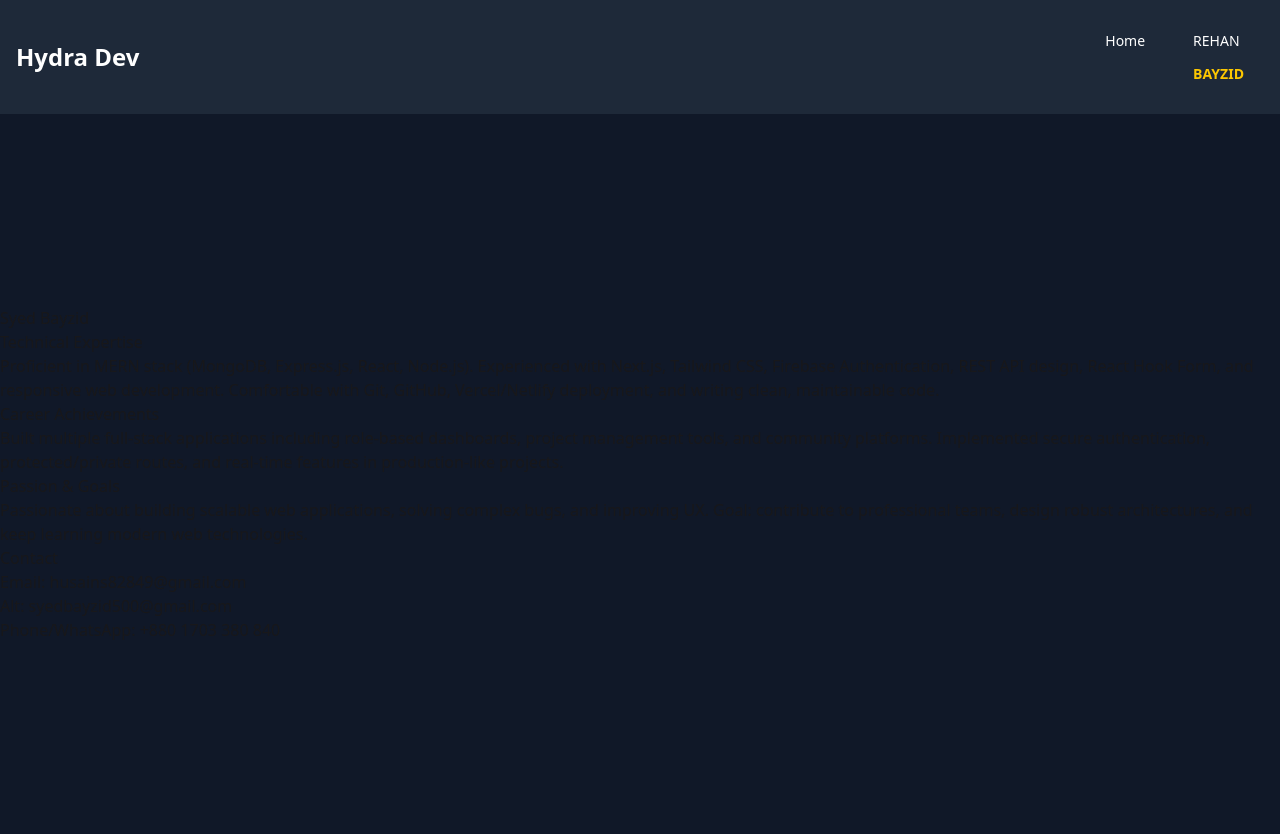
Repository: codeSmith-006/github-collab
Page: /bayzid
An editor plug-in stored every save of this project. The page is shown before and after a run of saves, followed by the edit.
The browser window is 1280 px wide. The pictures show the whole page.
The project was rebuilt for these pictures with package versions that can differ from the ones it lists, and the page was loaded fresh each time. Also part of the build but not shown: vite.config.js, src/App.jsx, src/Components/Navbar/active.css, src/Page/Home/Home.jsx, src/Page/Rehan/Rehan.jsx.

Above is the page before, as saved 2025-09-10 10:33:48.

### src/main.jsx
import { StrictMode } from "react";
import { createRoot } from "react-dom/client";
import "./index.css";
import App from "./App.jsx";
// import { RouterProvider } from "react-router";
import router from "./Routes/Router.jsx";
import { RouterProvider } from "react-router-dom";

createRoot(document.getElementById("root")).render(
  <StrictMode>
    <RouterProvider router={router} />
  </StrictMode>
);

### src/Routes/Router.jsx
import { Component } from "react";
// import { createBrowserRouter } from "react-router";
// import Home from "../Page/Home/Home";
import { createBrowserRouter } from "react-router-dom";
import Layout from "../Layout/Layout";
import Home from "../Page/Home/Home";
import Rehan from "../Page/Rehan/Rehan";
import Bayzid from "../Page/Bayzid/Bayzid";

let router = createBrowserRouter([
  {
    path: "/",
    Component: Layout,
    children: [
      {
        index: true,
        Component: Home,
      },
      {
        path: '/rehan',
        Component: Rehan
      },
      {
        path: '/bayzid',
        Component: Bayzid
      }
    ],
  },
]);

export default router;

### src/Layout/Layout.jsx
import React from "react";
import Navbar from "../Components/Navbar/Navbar";
import { Outlet } from "react-router-dom";

export default function Layout() {
  return (
    <div className="bg-gray-900">
      <Navbar></Navbar>
      <div className="flex items-center justify-center min-h-screen">
        <Outlet></Outlet>
      </div>
    </div>
  );
}

### src/Page/Bayzid/Bayzid.jsx
import React from 'react'

export default function Bayzid() {
    return (

        <section>
            <div>
                <h2>Syed Bayzid</h2>
            </div>
            <div>
                <h4>Technical Expertise</h4>
                <p>Proficient in MERN stack (MongoDB, Express.js, React, Node.js). Experienced with Next.js, Tailwind CSS, Firebase Authentication, REST API design, React Hook Form, and responsive web development. Comfortable with Git, GitHub, Vercel/Netlify deployment, and writing clean, maintainable code.</p>
            </div>
            <div>
                <h4>Career Achievements</h4>
                <p>Built multiple full-stack applications including role-based dashboards, project management tools, and community platforms. Implemented secure authentication, protected/private routes, and real-time features in production-like projects.</p>
            </div>
            <div>
                <h4>Passion & Goals</h4>
                <p>Passionate about building scalable web applications, solving complex bugs, and improving UX. Goal: contribute to professional teams, design robust architectures, and keep learning modern web technologies.</p>
            </div>
            <div>
                <h4>Contact</h4>
                <p>Email: husains82849@gmail.com</p>
                <p>Alt: syedbayzid500@gmail.com</p>
                <p>Phone/WhatsApp: +880 1703 380 840</p>
            </div>
        </section>

//         <div className="p-6 bg-gray-900 text-gray-100 font-mono rounded-lg space-y-4 whitespace-pre-wrap break-words">
//             {`


// ➤ Technical Expertise:
// Proficient in MERN stack (MongoDB, Express.js, React, Node.js). Experienced with Next.js, Tailwind CSS, Firebase Authentication, REST API design, React Hook Form, and responsive web development. Comfortable with Git, GitHub, Vercel/Netlify deployment, and writing clean, maintainable code.


// ★ Career Achievements:
// Built multiple full-stack applications including role-based dashboards, project management tools, and community platforms. Implemented secure authentication, protected/private routes, and real-time features in production-like projects.


// ✔ Passion & Goals:
// Passionate about building scalable web applications, solving complex bugs, and improving UX. Goal: contribute to professional teams, design robust architectures, and keep learning modern web technologies.


// ✉ Contact:
// Email: husains82849@gmail.com
// Alt: syedbayzid500@gmail.com
// Phone/WhatsApp: +880 1703 380 840`}
//         </div>
    )
}

### src/Components/Navbar/Navbar.jsx
import React from "react";
import { NavLink } from "react-router-dom";
import "./active.css"; // optional for custom styles

export default function Navbar() {
  return (
    <nav className="navbar bg-gray-800 text-white p-4 flex justify-between items-center">
      {/* Logo */}
      <div className="logo text-2xl font-bold">
        Hydra Dev
      </div>

      {/* Menu */}
      <ul className="menu flex flex-row gap-6">
        <li>
          <NavLink
            to="/"
            className={({ isActive }) =>
              isActive ? "text-yellow-400 font-bold" : "hover:text-yellow-300"
            }
          >
            Home
          </NavLink>
        </li>
        <li>
          <NavLink
            to="/rehan"
            className={({ isActive }) =>
              isActive ? "text-yellow-400 font-bold" : "hover:text-yellow-300"
            }
          >
            REHAN
          </NavLink>
          <NavLink
            to="/bayzid"
            className={({ isActive }) =>
              isActive ? "text-yellow-400 font-bold" : "hover:text-yellow-300"
            }
          >
            BAYZID
          </NavLink>
        </li>
      </ul>
    </nav>
  );
}

Loaded but not shown: index.html (common file); src/index.css (common file); src/App.css (no stored copy; drawn as an empty file)

After the next 4 saves:
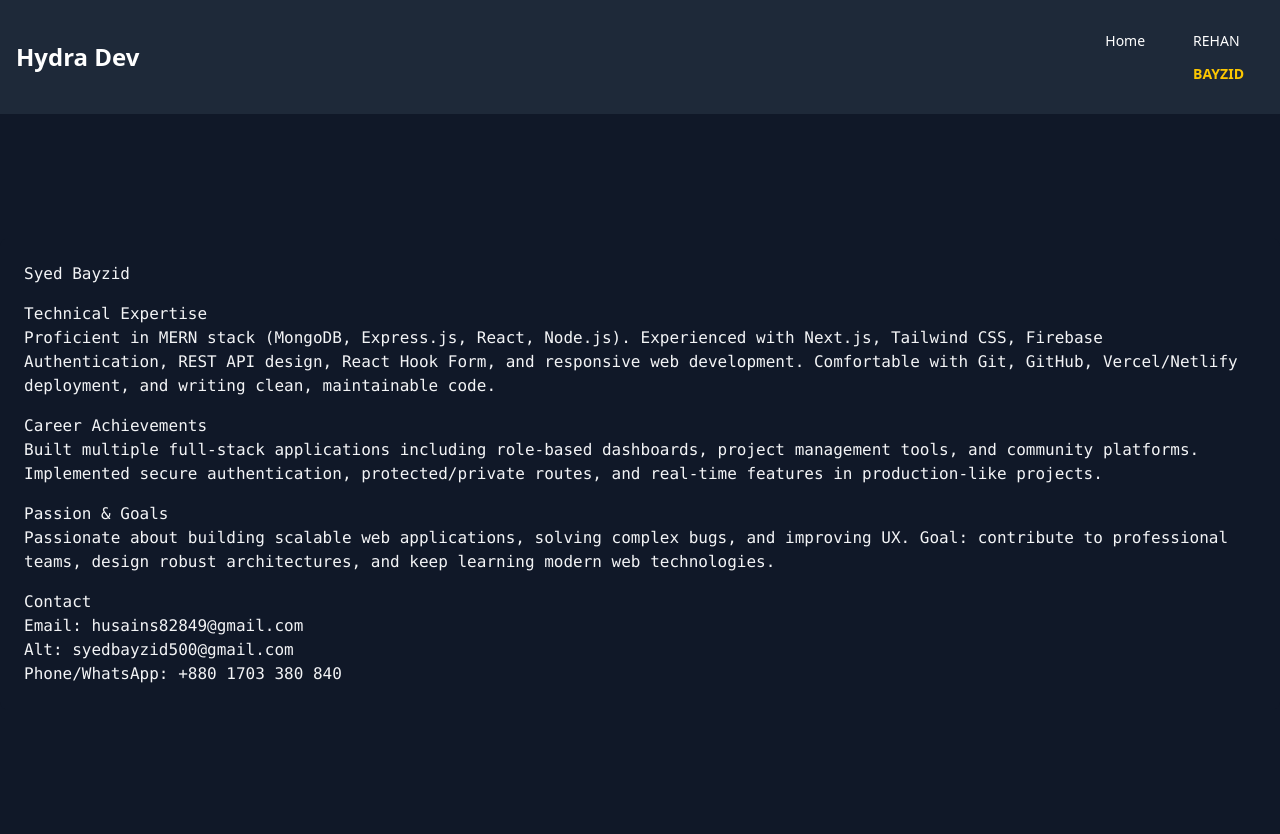
The 4 saves are shown as one change because they came seconds apart.
The last was saved 16 s later.
--- a/src/Page/Bayzid/Bayzid.jsx
+++ b/src/Page/Bayzid/Bayzid.jsx
@@ -3,7 +3,7 @@ import React from 'react'
 export default function Bayzid() {
     return (
 
-        <section>
+        <section className="p-6 bg-gray-900 text-gray-100 font-mono rounded-lg space-y-4 whitespace-pre-wrap break-words">
             <div>
                 <h2>Syed Bayzid</h2>
             </div>
@@ -26,27 +26,5 @@ export default function Bayzid() {
                 <p>Phone/WhatsApp: +880 1703 380 840</p>
             </div>
         </section>
-
-//         <div className="p-6 bg-gray-900 text-gray-100 font-mono rounded-lg space-y-4 whitespace-pre-wrap break-words">
-//             {`
-
-
-// ➤ Technical Expertise:
-// Proficient in MERN stack (MongoDB, Express.js, React, Node.js). Experienced with Next.js, Tailwind CSS, Firebase Authentication, REST API design, React Hook Form, and responsive web development. Comfortable with Git, GitHub, Vercel/Netlify deployment, and writing clean, maintainable code.
-
-
-// ★ Career Achievements:
-// Built multiple full-stack applications including role-based dashboards, project management tools, and community platforms. Implemented secure authentication, protected/private routes, and real-time features in production-like projects.
-
-
-// ✔ Passion & Goals:
-// Passionate about building scalable web applications, solving complex bugs, and improving UX. Goal: contribute to professional teams, design robust architectures, and keep learning modern web technologies.
-
-
-// ✉ Contact:
-// Email: husains82849@gmail.com
-// Alt: syedbayzid500@gmail.com
-// Phone/WhatsApp: +880 1703 380 840`}
-//         </div>
     )
 }
